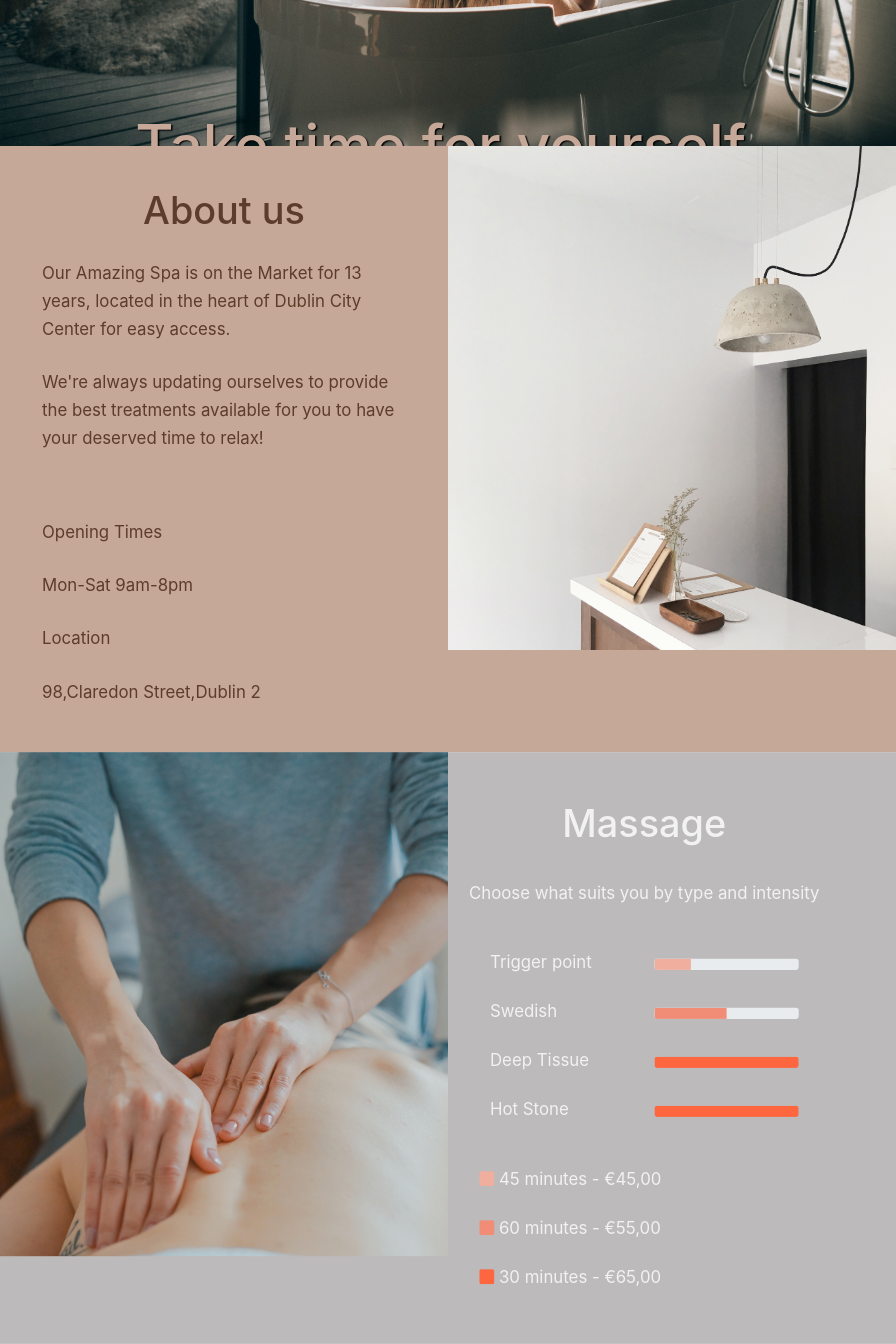
Repository: Code-Institute-Submissions/spa-website
Page: index.html
The author's editor kept a record of every edit. The page is drawn from the files as they stood at one moment, then again after the next edit.
The browser window is 1280 px wide. The pictures show the part of the page from y = 512 to 2432 px (the page is 5202 px tall before and 5148 px after), at 70% of full size.
Pictures or frames that could not be fetched are drawn as grey boxes. An inner scrolling area shows only its first screen. Backgrounds fixed to the window are drawn as part of the page. Some web libraries are served in a nearby version.

Above is the page before.

After the next edit:
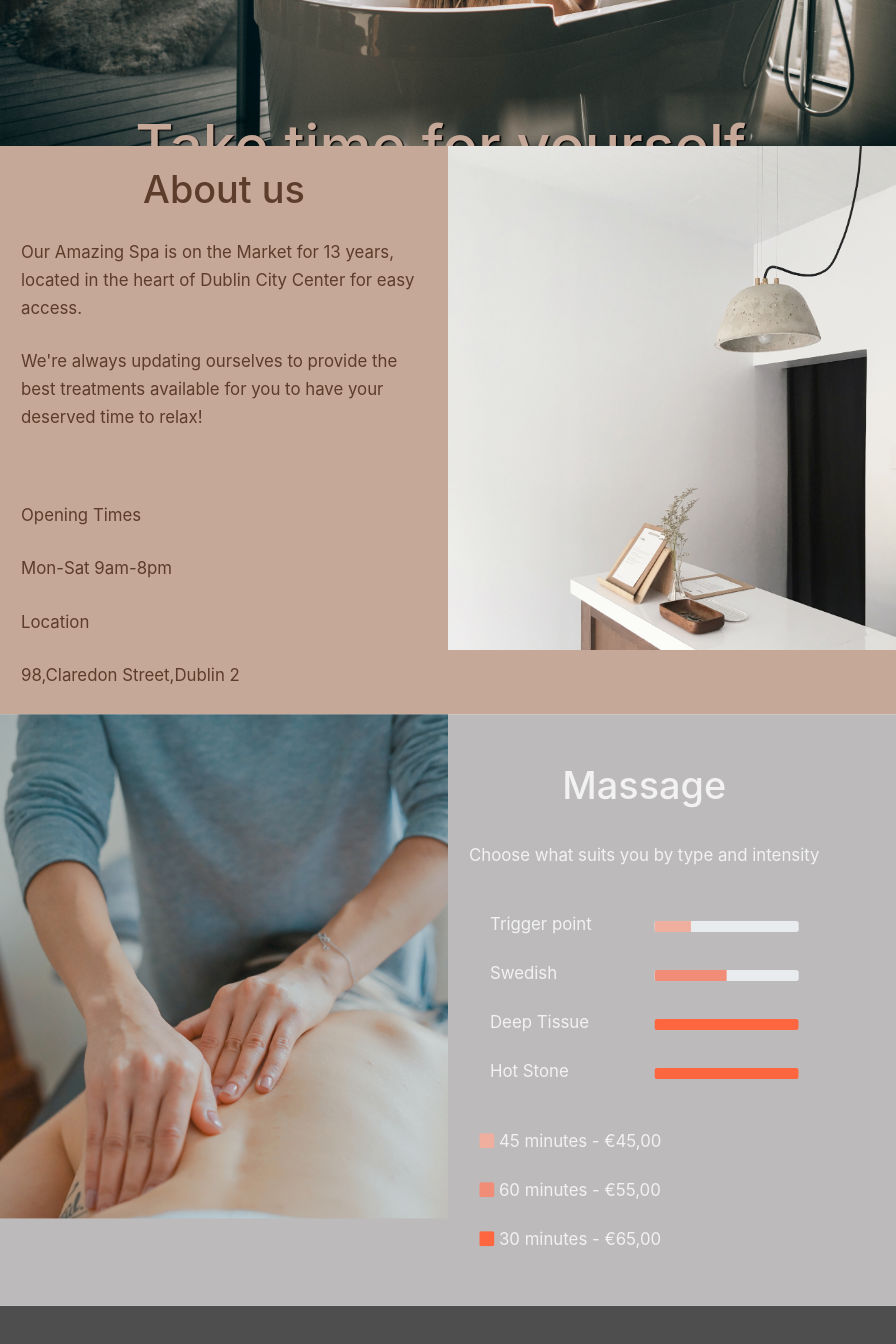
The edit:
--- a/assets/css/style.css
+++ b/assets/css/style.css
@@ -114,7 +114,7 @@
   margin: 0px;
 }
 
-.about {
+.abouttxt {
   margin: 30px;
 
 }
